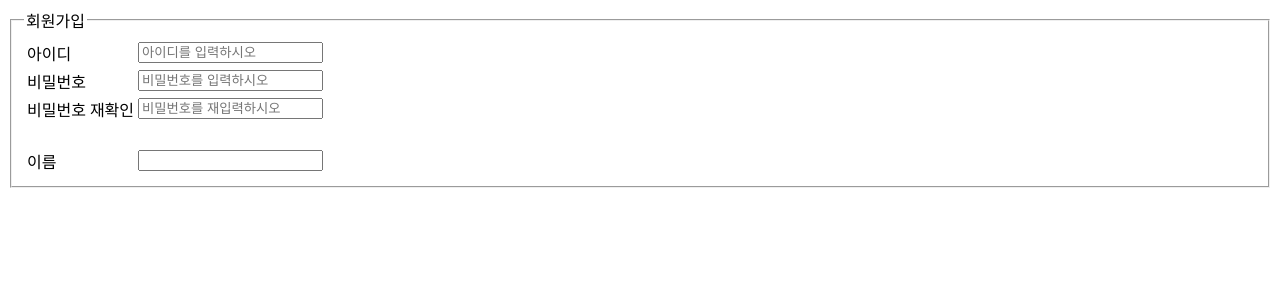
Repository: Scoobi-wisdoom/web
Page: d011/web/register.html
These files come from the project's save history. The page is drawn as it stood at one moment and after the next save; the edit follows.
The browser window is 1280 px wide. The pictures show the whole page.

Above is the page before, as saved 2020-08-05 08:29:25.

After the next save:
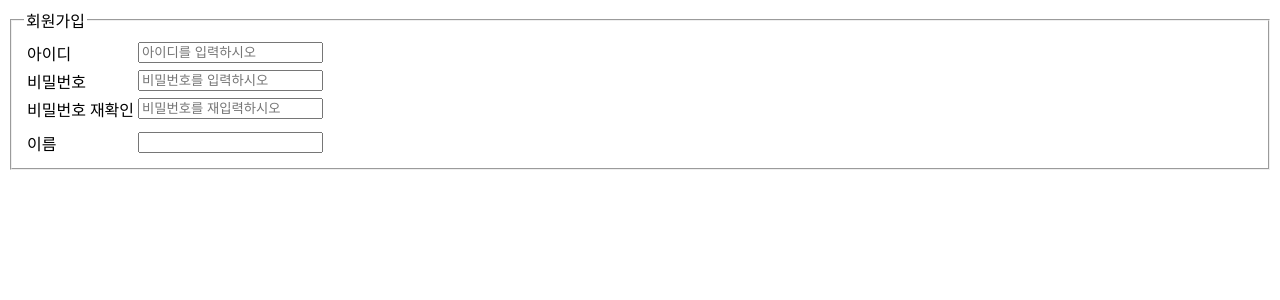
Saved 13 s later.
--- a/d011/web/register.html
+++ b/d011/web/register.html
@@ -33,7 +33,7 @@
 					<input type="password" name="rpwd" size="20" placeholder="비밀번호를 재입력하시오">
 				</td>
 			</tr>
-				<td><br>
+				<td>
 				</td>
 			<tr>
 			</tr>

After the save that followed:
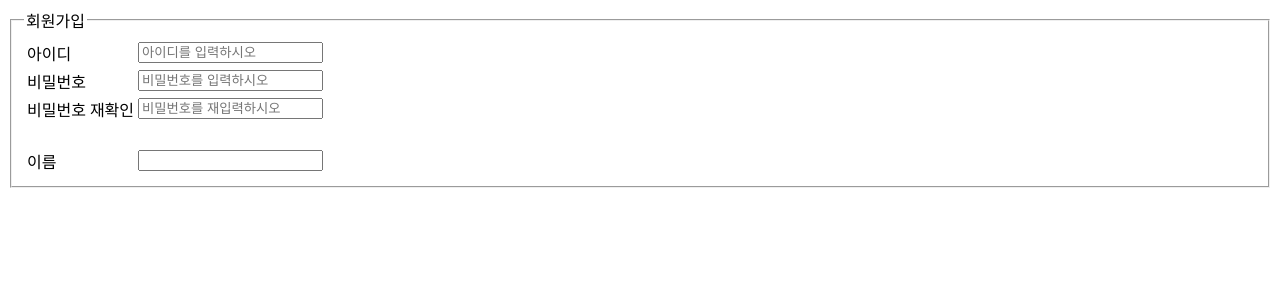
Saved 9 s later.
--- a/d011/web/register.html
+++ b/d011/web/register.html
@@ -33,7 +33,7 @@
 					<input type="password" name="rpwd" size="20" placeholder="비밀번호를 재입력하시오">
 				</td>
 			</tr>
-				<td>
+				<td> <br>
 				</td>
 			<tr>
 			</tr>
